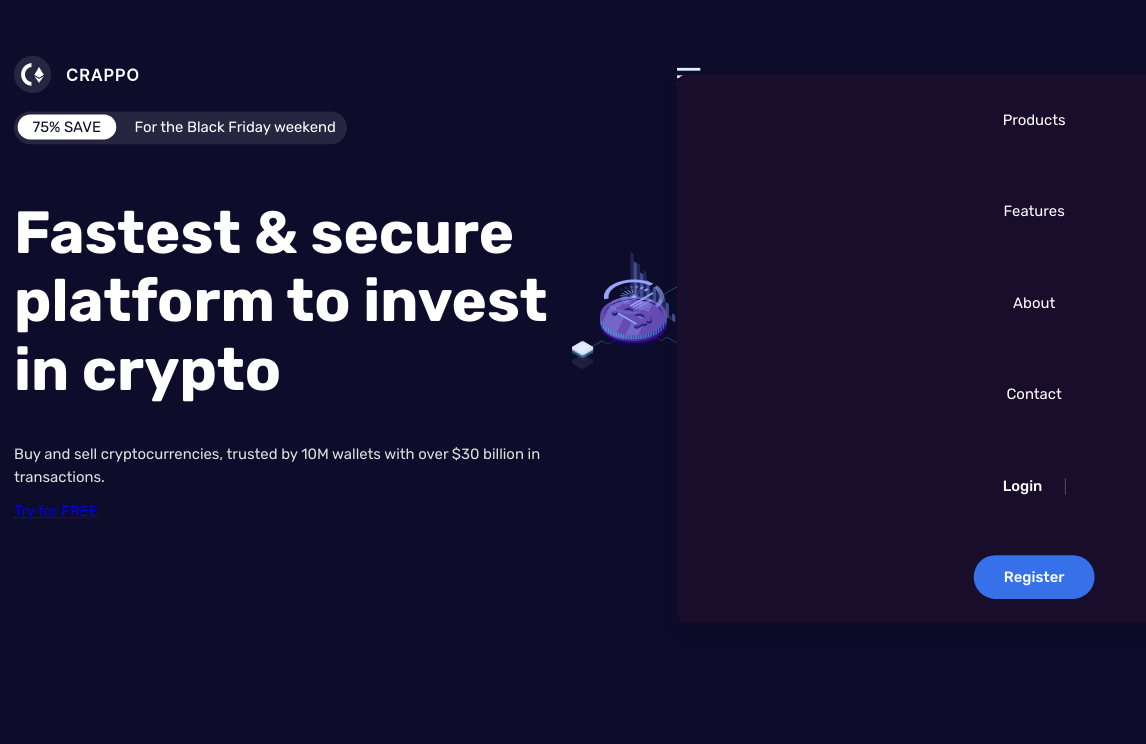
Repository: shtepaa/project-works.github.io
Page: crappo/index.html
An editor plug-in stored every save of this project. The page is shown before and after the next save, followed by the edit.
The browser window is 768 px wide. The page is 1232 px wide, so the pictures cover 1232 px, including what lies to the right of the window. The pictures show the whole page, at 93% of full size.

Above is the page before, as saved 2021-11-02 16:15:11.

### crappo/index.html
<!DOCTYPE html>
<html lang="en">
  <head>
    <meta charset="UTF-8" />
    <meta http-equiv="X-UA-Compatible" content="IE=edge" />
    <meta name="viewport" content="width=device-width, initial-scale=1.0" />
    <title>CRAPPO</title>
    <link
      rel="stylesheet"
      href="https://cdnjs.cloudflare.com/ajax/libs/normalize/8.0.1/normalize.min.css"
    />
    <link rel="stylesheet" href="./styles/style.css" />
  </head>
  <body>
    <!-- Початок навігації -->
    <header class="header">
      <a href="#" class="header-logo">
        <img src="./images/logo01.svg" alt="Logo" />
      </a>
      <nav>
        <ul class="nav">
          <li class="nav-item">
            <a href="#" class="nav-link">Products</a>
          </li>
          <li class="nav-item">
            <a href="#" class="nav-link">Features</a>
          </li>
          <li class="nav-item">
            <a href="#" class="nav-link">About</a>
          </li>
          <li class="nav-item">
            <a href="#" class="nav-link">Contact</a>
          </li>
          <li class="nav-item nav-item--login">
            <a href="#" class="nav-link nav-link--login">Login</a>
          </li>
          <li class="nav-item nav-item--register">
            <a href="#" class="nav-link nav-link--register">Register</a>
          </li>
        </ul>
        <div class="hamburger">
            <span class="bar"></span>
            <span class="bar"></span>
            <span class="bar"></span>
        </div>
      </nav>
    </header>
    <!-- Кінець навігації -->
    <!-- Перша секція -->
    <section>
      <div class="wrapper">
        <div class="main">
          <div class="main-text">
            <p class="main-text__sale">
              <span>75% SAVE</span>
              For the Black Friday weekend
            </p>
            <h1 class="main-text__title">
              Fastest & secure platform to invest in crypto
            </h1>
            <p class="main-text__description">
              Buy and sell cryptocurrencies, trusted by 10M wallets with over
              $30 billion in transactions.
            </p>
            <a href="#" class="main-text__link">Try for FREE</a>
          </div>
          <div class="main-img">
            <img src="./images/main.svg" alt="" class="main-img__image" />
          </div>
        </div>
      </div>
    </section>
<script src="./script.js"></script>
  </body>
</html>

### crappo/styles/style.css
@import url('https://fonts.googleapis.com/css2?family=Rubik:wght@400;500;700&display=swap');
:root {
    --white-rgb: 255,255,255;
    --purple:#2B076E;
    --dark: #0D0D2B;
    --blue: #3671E9;
    --white: #FFF;
}
body {
    font-family: 'Rubik', sans-serif;
    background-color: var(--dark);
    color: var(--white);
}
/* Початок навігації */
.header {
    justify-content: space-between;
    align-items: center;
    padding-right: 15px;
    padding-left: 15px;
    max-width: 1202px;
    margin-top: 60px;
    display: flex;
}
.nav {
    list-style-type: none;
    align-items: center;
    padding-left: 0;
    display: flex;
    margin: 0;
}
.nav-item {
    margin-left: 32px;
}
.nav-item--login{
    border-right: 1px solid rgba(242,242,242,0.3);
    padding-right: 24px;
    margin-left: 56px;
}
.nav-item--register {
    margin-left: 24px;
}
.nav-link {
    transition: cubic-bezier(0.445, 0.05, 0.55, 0.95);
    color: var(--white);
    text-decoration: none;
    font-size: 16px;
}
.nav-link:hover {
    color: var(--blue);
}
.nav-item--login {
    font-weight: 500;
}
.nav-link--register {
    background-color: var(--blue);
    border-radius: 32px;
    padding: 14px 32px;
    font-weight: 500;
}
.nav-link--register:hover {
    transition: cubic-bezier(0.445, 0.05, 0.55, 0.95);
    background-color: var(--purple);
    color: var(--white);
}
/* Кінець навігації */
.wrapper {
    min-width: 1202px;
    padding-right: 15px;
    padding-left: 15px;
    margin: 0 auto;
}
.main {
    display: flex;
    align-items: center;
}
.main-text {
    flex: 0 0 600px;
}
.main-text__sale {
    background-color: rgb(var(--white-rgb),0.1);
    display: inline-block;
    border-radius: 32px;
    padding: 8px 12px 8px 4px;
}
.main-text__sale span {
    background-color: var(--white);
    border-radius: 32px;
    color: var(--dark);
    margin-right: 16px;
    padding: 4px 16px;
}
.main-text__title {
    font-size: 64px;
    font-weight: 700;
}
.main-text__description {
    color: #E0E0E0;
    line-height: 1.5;
}
/* .main-img {
    flex-grow: 1;
} */
/* .main-img__image {
    width: 100%;
} */
@media screen and (max-width: 1180px) {
    .main-img__image {
        width: 50%;
    }

}
@media screen and (max-width: 940px) {
    .main-img__image {
        width: 23%;
    }

}
 /* Гамбургер */
 .hamburger {
    display: none;
}

.bar {
    display: block;
    width: 25px;
    height: 3px;
    margin: 5px auto;
    -webkit-transition: all 0.3s ease-in-out;
    transition: all 0.3s ease-in-out;
    background-color: #e4f0f5;
}
@media only screen and (max-width: 768px) {
    .nav {
        position: fixed;
        /* left: 100%; */
        top: 5rem;
        flex-direction: column;
        background-color: rgb(24, 13, 43);
        width: 100%;
        border-radius: 10px;
        text-align: center;
        transition: 0.3s;
        box-shadow:
            0 10px 27px rgba(0, 0, 0, 0.05);
    }

    .nav.active {
        left: 0;
    }

    .nav-item {
        margin: 2.5rem 0;
    }

    .hamburger {
        display: block;
        cursor: pointer;
    }

    .hamburger.active .bar:nth-child(2) {
        opacity: 0;
    }

    .hamburger.active .bar:nth-child(1) {
        -webkit-transform: translateY(8px) rotate(45deg);
        transform: translateY(8px) rotate(45deg);
    }

    .hamburger.active .bar:nth-child(3) {
        -webkit-transform: translateY(-8px) rotate(-45deg);
        transform: translateY(-8px) rotate(-45deg);
    }
}

### crappo/script.js
const hamburger = document.querySelector(".hamburger");
const nav = document.querySelector(".nav");
const navLink = document.querySelectorAll(".nav-link");

hamburger.addEventListener("click", mobileMenu);
navLink.forEach(n => n.addEventListener("click", closeMenu));

function mobileMenu() {
    hamburger.classList.toggle("active");
    nav.classList.toggle("active");
}

function closeMenu() {
    hamburger.classList.remove("active");
    navMenu.classList.remove("active");
}

After the next save:
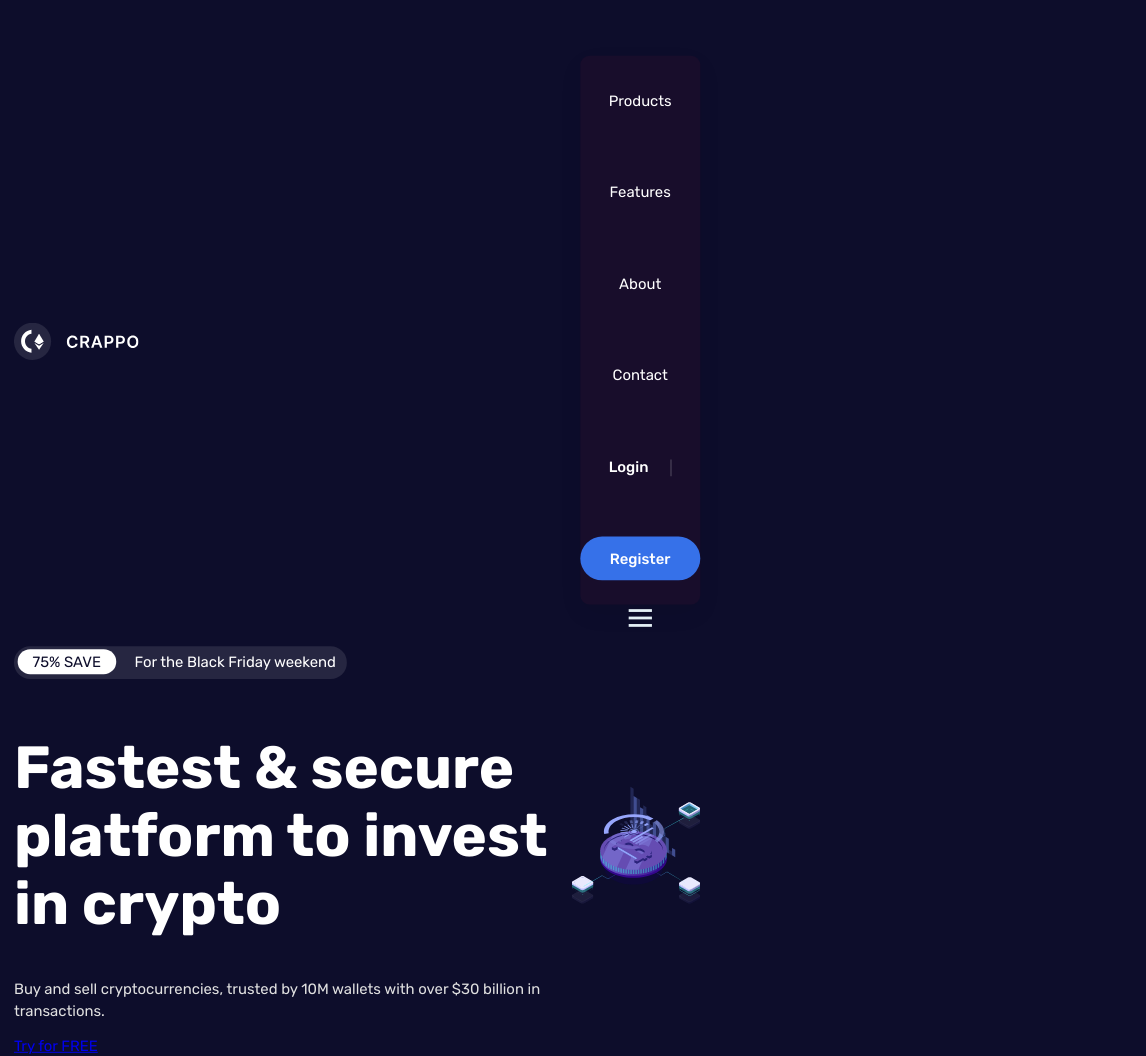
Saved 22 s later.
--- a/crappo/styles/style.css
+++ b/crappo/styles/style.css
@@ -131,7 +131,7 @@
 }
 @media only screen and (max-width: 768px) {
     .nav {
-        position: fixed;
+        /* position: fixed; */
         /* left: 100%; */
         top: 5rem;
         flex-direction: column;

After the save that followed:
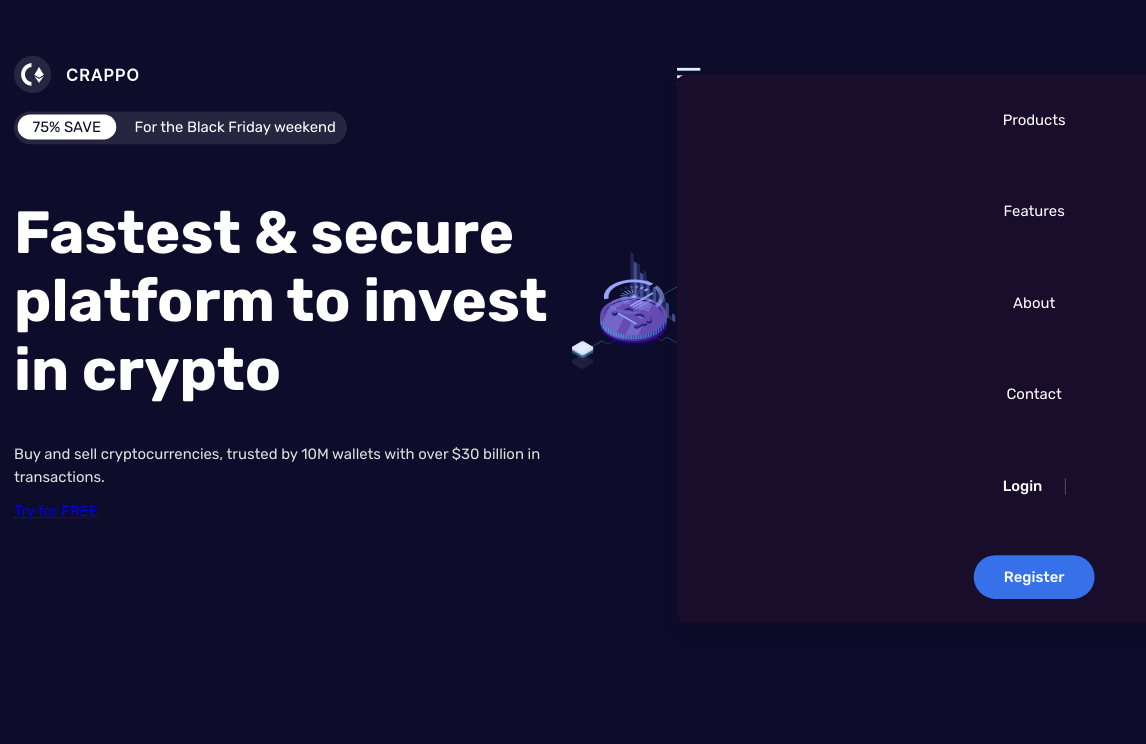
Saved 8 s later.
--- a/crappo/styles/style.css
+++ b/crappo/styles/style.css
@@ -131,7 +131,7 @@
 }
 @media only screen and (max-width: 768px) {
     .nav {
-        /* position: fixed; */
+        position: fixed;
         /* left: 100%; */
         top: 5rem;
         flex-direction: column;
